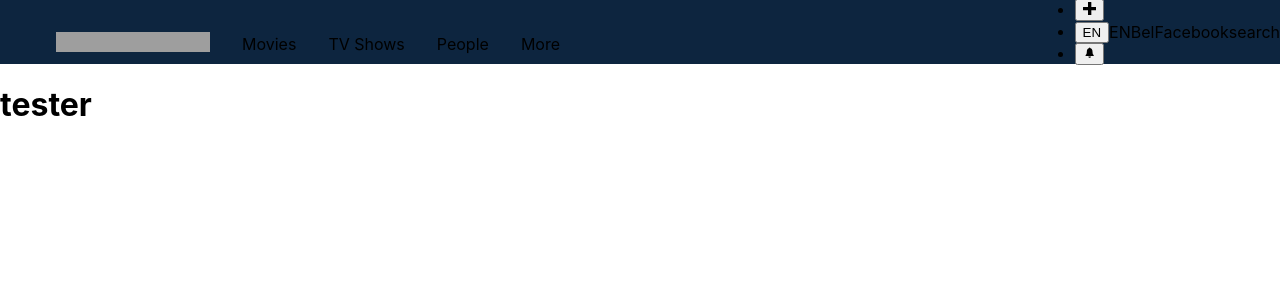
Repository: Fauzaanmhmd/qnpTesFrontend
Page: /
These files come from the project's save history. The page is drawn as it stood at one moment and after the next save; the edit follows.
The browser window is 1280 px wide. The pictures show the whole page.
Pictures or frames that could not be fetched are drawn as grey boxes. The page's requests for data from a server got no answer. The project was rebuilt for these pictures with package versions that can differ from the ones it lists, and the page was loaded fresh each time. The framework's server and built-in components were replaced by stand-ins that run in the browser. No one was signed in, and anything a server would have sent is missing. Also part of the build but not shown: next.config.js, styles/Moviecard.module.scss, pages/components/Moviecard.tsx.

Above is the page before, as saved 2022-03-17 13:57:59.

### pages/index.tsx
import type { NextPage } from 'next'
import styles from '../styles/Home.module.scss'
import Section from './Section'
import { useEffect, useState } from 'react'
import axios from 'axios'
import MovieCard from './components/Moviecard'
import Youtube from 'react-youtube'
import { ReactNode } from 'react'
import Navbar from './components/Navbar'


const Home: NextPage = () => {

  const MOVIE_API = "https://api.themoviedb.org/3"
  const SEARCH_API = MOVIE_API + "search/movie"
  const BACKDROP_PATH = "https://image.tmdb.org/t/p/w1280"
  const API_KEY = "b3802c15c1569a1a0caa6bee01c6f23e"
  const DISCOVER_API = `${MOVIE_API}/discover/movie`

  const [movie, setMovie] = useState({ title: "Loading Movies" })
  const [trailer, setTrailer] = useState(null)
  const [playing, setPlaying] = useState(false)
  const [movies, setMovies] = useState([])
  const [searchKey, setSearchKey] = useState("")

  useEffect(() => {
    fetchMovies()
  }, [])

  const fetchMovies = async () => {

    const { data } = await axios.get(`${searchKey ? SEARCH_API : DISCOVER_API}`, {
      params: {
        api_key: API_KEY,
        query: searchKey
      }
    })

    console.log(data)
    setMovies(data.results)
  }

  const renderMovies = () => {
    return movies?.map((movie: any) => (
      <MovieCard
        key={movie.id}
        movie={movie}
      />
    ))
  }

  return (
    <div>
      <header>
        <Navbar />
      </header>
      <div>
        <h1>tester</h1>
        <div className={styles.container}>
          {renderMovies()}
        </div>
      </div>
    </div>
  )

}


export default Home

### styles/Home.module.scss
.container {
    display: flex;
    align-items: center;
    flex-wrap: nowrap;
    flex-direction: row;
    margin-top: 8px;
    margin-left: 2rem;
    max-width: 100%;
    overflow-x: auto;
}

### pages/components/Navbar.tsx
import styles from "../../styles/Navbar.module.scss"
import { ImPlus } from "react-icons/im";
import { IoIosNotifications } from "react-icons/io";

const Navbar = () => {
    return (
        <div className={styles.Navbar}>
            <div className={styles.MenuBar}>
                <ul className={styles.NavbarItem}>
                    <li><img src="https://www.themoviedb.org/assets/2/v4/logos/v2/blue_short-8e7b30f73a4020692ccca9c88bafe5dcb6f8a62a4c6bc55cd9ba82bb2cd95f6c.svg" /></li>
                    <li><a>Movies</a>
                        <div className={styles.Submenu}>
                            <ul>
                                <li>Popular</li>
                                <li>Now Playing</li>
                                <li>Upcoming</li>
                                <li>Top Rated</li>
                            </ul>
                        </div>
                    </li>
                    <li><a>TV Shows</a>
                        <div className={styles.Submenu}>
                            <ul>
                                <li>Popular</li>
                                <li>Now Playing</li>
                                <li>Upcoming</li>
                                <li>Top Rated</li>
                            </ul>
                        </div>
                    </li>
                    <li><a>People</a>
                        <div className={styles.Submenu}>
                            <ul>
                                <li>Popular</li>
                            </ul>
                        </div>
                    </li>
                    <li><a>More</a>
                        <div className={styles.Submenu}>
                            <ul>
                                <li>Discussion</li>
                                <li>Leaderbord</li>
                                <li>Support</li>
                                <li>API</li>
                            </ul>
                        </div>
                    </li>
                </ul>
            </div>
            <div className={styles.NavbarIcon}>
                <div className={styles.menuBar}>
                    <ul>
                        <li><button><ImPlus /></button>
                            <div className={styles.Submenu}>
                                <ul>
                                    <li>Add New Movie</li>
                                    <li>Add New Movie</li>
                                </ul>
                            </div>
                        </li>
                        <li><button>EN</button>
                            <div className={styles.Submenu}>
                                <ul>
                                    <li>Add New Movie</li>
                                    <li>Add New Movie</li>
                                </ul>
                            </div>
                        </li>
                        <li><button><IoIosNotifications /></button>
                            <div className={styles.Submenu}>
                                <ul>
                                    <li><p>Unread Notifications</p></li>
                                </ul>
                            </div>
                        </li>
                    </ul>
                </div>
                <div>
                    EN
                </div>
                <div>
                    Bel
                </div>
                <div>
                    Facebook
                </div>
                <div>
                    search
                </div>
            </div>
        </div>
    )
}

export default Navbar

### styles/Navbar.module.scss
@import "./utils/utils.scss";

.Navbar {
    display: flex;
    justify-content: space-between;
    background-color: $darkblue;
    width: 100%;
    height: 4rem;
}

.MenuBar {
    text-align: center;
}

.MenuBar ul {
    display: inline-flex;
    list-style: none;
}

.MenuBar ul li {
    padding: 1rem;
}

.NavbarItem {
    display: flex;
    align-items: center;

    img {
        width: 154px;
        height: 20px;
    }
}

.NavbarIcon {
    display: flex;
    align-items: center;
}

.Submenu {
    display: none;
}

.MenuBar ul li:hover {
    background: $lightgreen;
    border-radius: 3px;
}

.MenuBar ul li:hover .Submenu {
    display: block;
    position: absolute;
    background-color: $white;
    margin-top: 10px;
    margin-left: -15px;
    width: 13rem;
    cursor: pointer;
}

.MenuBar li a {
    cursor: pointer;
    text-decoration: none;
}

.MenuBar ul li:hover .Submenu ul {
    display: block;
    margin: 10px;
}

.MenuBar ul li:hover .Submenu ul {
    padding: 5px;
    background: transparent;
    text-align: left;
}

### styles/utils/utils.scss
@import "./color.scss";

### styles/utils/color.scss
$lightgreen : #90cea1;
$white: #FFFFFF;
$lightblue: #01b4e4;
$darkblue: #0d253f;

Loaded but not shown: pages/_app.tsx (common file); styles/globals.scss (common file)

After the next save:
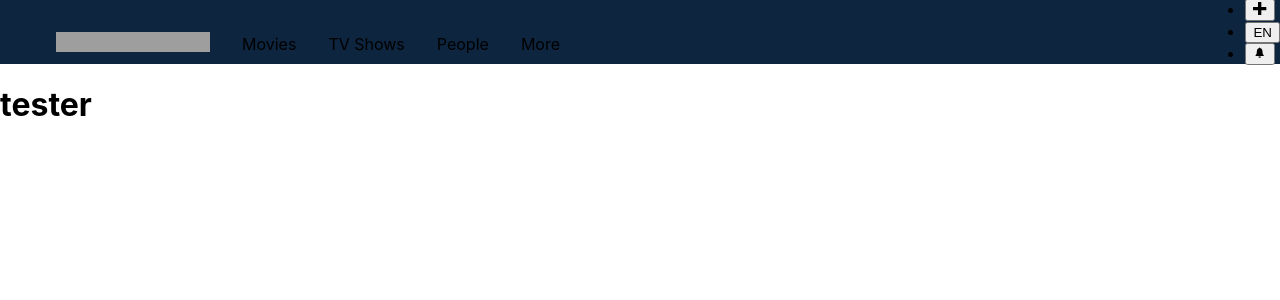
Saved 15 s later.
--- a/pages/components/Navbar.tsx
+++ b/pages/components/Navbar.tsx
@@ -75,18 +75,6 @@
                         </li>
                     </ul>
                 </div>
-                <div>
-                    EN
-                </div>
-                <div>
-                    Bel
-                </div>
-                <div>
-                    Facebook
-                </div>
-                <div>
-                    search
-                </div>
             </div>
         </div>
     )
